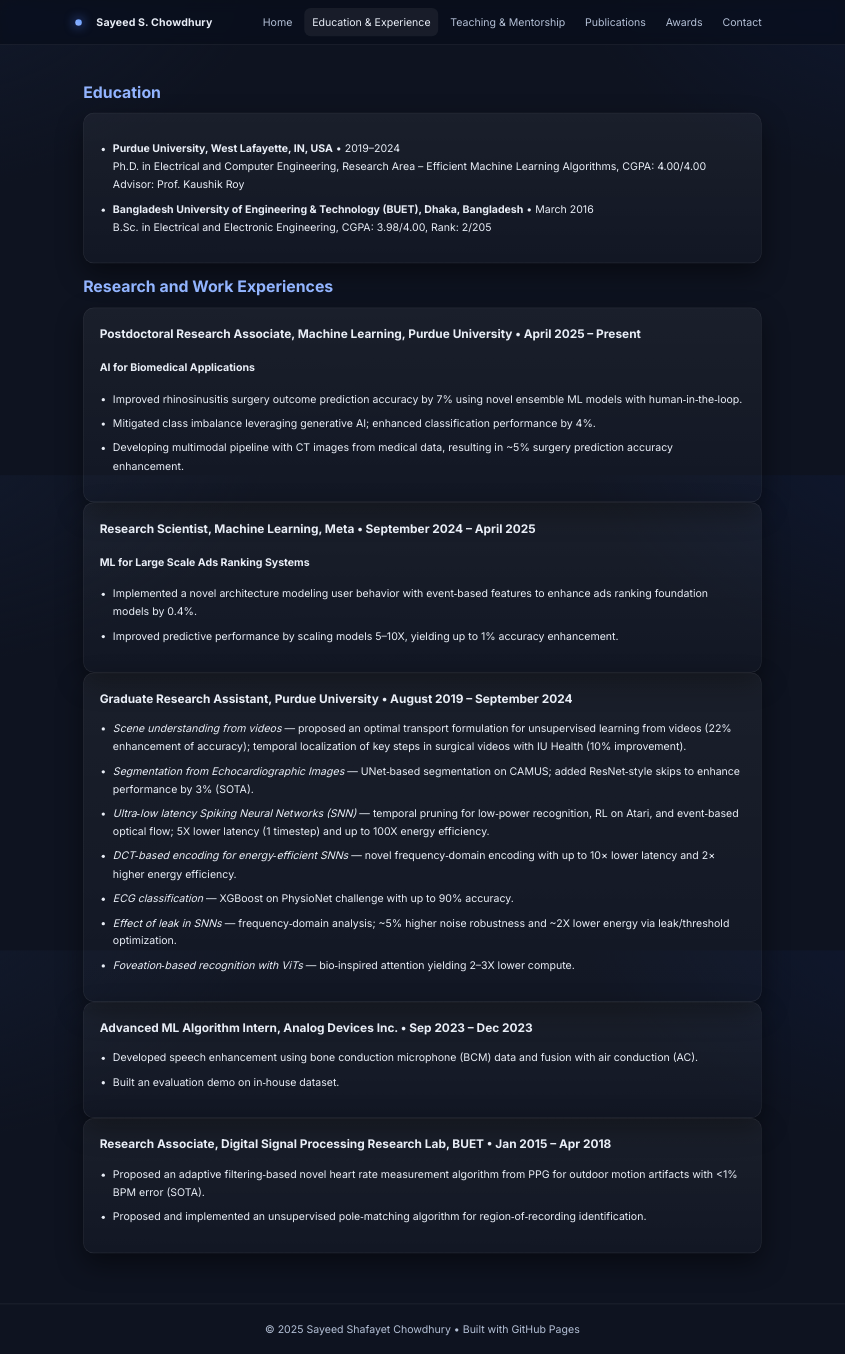
Repository: SayeedChowdhury/SayeedChowdhury.github.io
Page: edu-exp.html
An editor plug-in stored every save of this project. The page is shown before and after the next save, followed by the edit.
The browser window is 1280 px wide. The pictures show the whole page, at 66% of full size.

Above is the page before, as saved 2025-08-11 11:43:38.

After the next save:
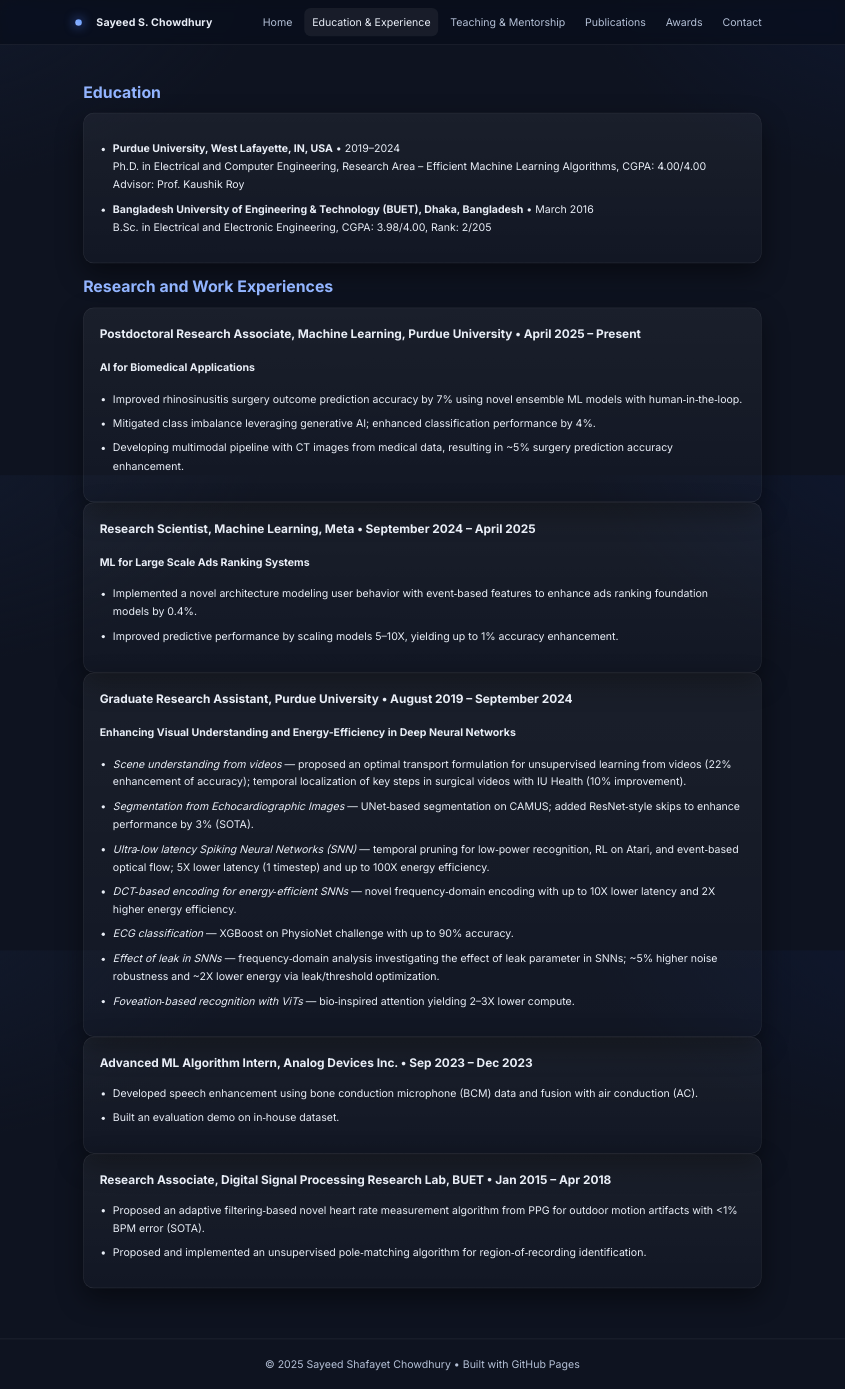
Saved 7 min 33 s later.
--- a/edu-exp.html
+++ b/edu-exp.html
@@ -62,13 +62,14 @@
   </div>
   <div class="card">
     <h3>Graduate Research Assistant, Purdue University • August 2019 – September 2024</h3>
+    <h4>Enhancing Visual Understanding and Energy-Efficiency in Deep Neural Networks</h4>
     <ul class="list">
       <li><em>Scene understanding from videos</em> — proposed an optimal transport formulation for unsupervised learning from videos (22% enhancement of accuracy); temporal localization of key steps in surgical videos with IU Health (10% improvement).</li>
       <li><em>Segmentation from Echocardiographic Images</em> — UNet‑based segmentation on CAMUS; added ResNet‑style skips to enhance performance by 3% (SOTA).</li>
       <li><em>Ultra‑low latency Spiking Neural Networks (SNN)</em> — temporal pruning for low‑power recognition, RL on Atari, and event‑based optical flow; 5X lower latency (1 timestep) and up to 100X energy efficiency.</li>
-      <li><em>DCT‑based encoding for energy‑efficient SNNs</em> — novel frequency‑domain encoding with up to 10× lower latency and 2× higher energy efficiency.</li>
+      <li><em>DCT‑based encoding for energy‑efficient SNNs</em> — novel frequency‑domain encoding with up to 10X lower latency and 2X higher energy efficiency.</li>
       <li><em>ECG classification</em> — XGBoost on PhysioNet challenge with up to 90% accuracy.</li>
-      <li><em>Effect of leak in SNNs</em> — frequency‑domain analysis; ~5% higher noise robustness and ~2X lower energy via leak/threshold optimization.</li>
+      <li><em>Effect of leak in SNNs</em> — frequency‑domain analysis investigating the effect of leak parameter in SNNs; ~5% higher noise robustness and ~2X lower energy via leak/threshold optimization.</li>
       <li><em>Foveation‑based recognition with ViTs</em> — bio‑inspired attention yielding 2–3X lower compute.</li>
     </ul>
   </div>
